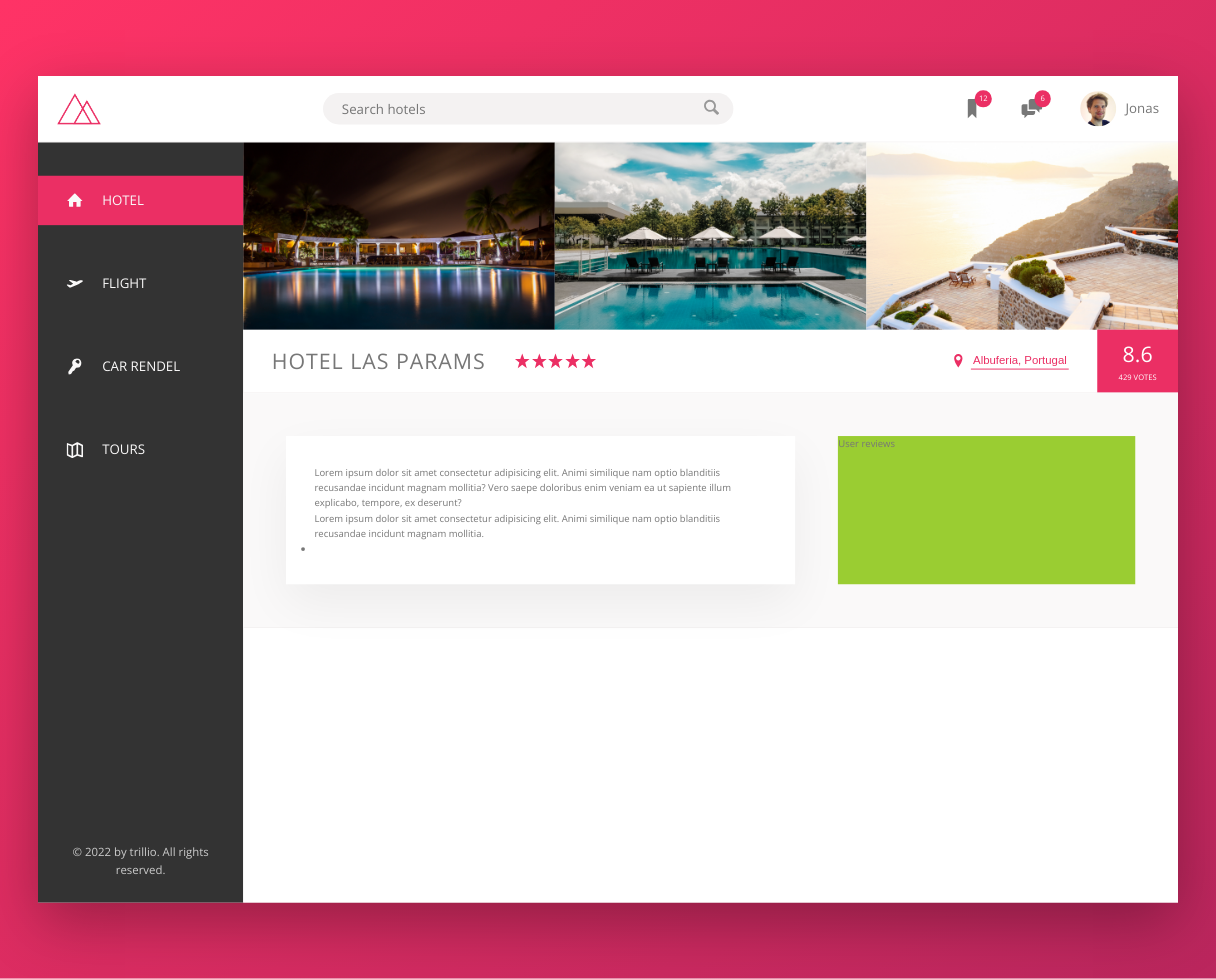
Repository: mohamediyas/flex_website
Page: index.html
These files come from the project's save history. The page is drawn as it stood at one moment and after the next save; the edit follows.
The browser window is 1280 px wide. The pictures show the whole page, at 95% of full size.
The style sheet was rebuilt from its Sass, Less or Tailwind sources for each picture, by a compiler version that may differ from the author's.

Above is the page before, as saved 2022-08-06 13:51:04.

### index.html
<!DOCTYPE html>
<html lang="en">
  <head>
    <meta charset="UTF-8" />
    <meta name="viewport" content="width=device-width, initial-scale=1.0" />
    <meta http-equiv="X-UA-Compatible" content="ie=edge" />

    <link
      href="https://fonts.googleapis.com/css?family=Open+Sans:300,400,600"
      rel="stylesheet"
    />
    <link rel="stylesheet" href="css/style.css" />
    <link rel="shortcut icon" type="image/png" href="img/favicon.png" />

    <title>nexter &mdash; your home, your freedom</title>
  </head>
  <body>
    <div class="container">
      <header class="header">
        <img src="img/logo.png" alt="trilio logo" class="logo" />
        <form action="#" class="search">
          <input
            type="text"
            class="search__input"
            placeholder="Search hotels"
          />
          <button class="search__button">
            <svg class="search__icon">
              <use xlink:href="img/sprite.svg#icon-magnifying-glass"></use>
            </svg>
          </button>
        </form>

        <nav class="user-nav">
          <div class="user-nav__icon-box">
            <svg class="user-nav__icon">
              <use xlink:href="img/sprite.svg#icon-bookmark"></use>
            </svg>
            <span class="user-nav__notification">12</span>
          </div>
          <div class="user-nav__icon-box">
            <svg class="user-nav__icon">
              <use xlink:href="img/sprite.svg#icon-chat"></use>
            </svg>
            <span class="user-nav__notification">6</span>
          </div>
          <div class="user-nav__user">
            <img
              src="img/user.jpg"
              alt="user image"
              class="user-nav__user-photo"
            />
            <span class="user-nav__user-name">Jonas</span>
          </div>
        </nav>
      </header>
      <div class="content">
        <nav class="sidebar">
          <ul class="side-nav">
            <li class="side-nav__item side-nav__item--active">
              <a href="#" class="side-nav__link">
                <svg class="side-nav__icon">
                  <use xlink:href="img/sprite.svg#icon-home"></use>
                </svg>
                <span>Hotel</span>
              </a>
            </li>
            <li class="side-nav__item">
              <a href="#" class="side-nav__link">
                <svg class="side-nav__icon">
                  <use xlink:href="img/sprite.svg#icon-aircraft-take-off"></use>
                </svg>
                <span>Flight</span>
              </a>
            </li>
            <li class="side-nav__item">
              <a href="#" class="side-nav__link">
                <svg class="side-nav__icon">
                  <use xlink:href="img/sprite.svg#icon-key"></use>
                </svg>
                <span>Car Rendel</span>
              </a>
            </li>
            <li class="side-nav__item">
              <a href="#" class="side-nav__link">
                <svg class="side-nav__icon">
                  <use xlink:href="img/sprite.svg#icon-map"></use>
                </svg>
                <span>Tours</span>
              </a>
            </li>
          </ul>
          <div class="legal">&copy; 2022 by trillio. All rights reserved.</div>
        </nav>
        <main class="hotel">
          <div class="gallery">
            <figure class="gallery__item">
              <img
                src="img/hotel-1.jpg"
                aria-label="home photot"
                alt=""
                class="gallery__photo"
              />
            </figure>

            <figure class="gallery__item">
              <img
                src="img/hotel-2.jpg"
                aria-label="home photot"
                alt=""
                class="gallery__photo"
              />
            </figure>

            <figure class="gallery__item">
              <img
                src="img/hotel-3.jpg"
                aria-label="home photot"
                alt=""
                class="gallery__photo"
              />
            </figure>
          </div>
          <div class="overview">
            <h1 class="overview__heading">Hotel las params</h1>
            <div class="overview__stars">
              <svg class="overview__icon-star">
                <use xlink:href="img/sprite.svg#icon-star"></use>
              </svg>
              <svg class="overview__icon-star">
                <use xlink:href="img/sprite.svg#icon-star"></use>
              </svg>
              <svg class="overview__icon-star">
                <use xlink:href="img/sprite.svg#icon-star"></use>
              </svg>
              <svg class="overview__icon-star">
                <use xlink:href="img/sprite.svg#icon-star"></use>
              </svg>
              <svg class="overview__icon-star">
                <use xlink:href="img/sprite.svg#icon-star"></use>
              </svg>
            </div>
            <div class="overview__location">
              <svg class="overview__icon-location">
                <use xlink:href="img/sprite.svg#icon-location-pin"></use>
              </svg>
              <button class="btn-inline">Albuferia, Portugal</button>
            </div>

            <div class="overview__rating">
              <div class="overview__rating-average">8.6</div>

              <div class="overview__rating-count">429 votes</div>
            </div>
          </div>
          <div class="detail">
            <div class="description">
              <p class="paragraph">
                Lorem ipsum dolor sit amet consectetur adipisicing elit. Animi
                similique nam optio blanditiis recusandae incidunt magnam
                mollitia? Vero saepe doloribus enim veniam ea ut sapiente illum
                explicabo, tempore, ex deserunt?
              </p>
              <p class="paragraph">
                Lorem ipsum dolor sit amet consectetur adipisicing elit. Animi
                similique nam optio blanditiis recusandae incidunt magnam
                mollitia.
              </p>
              <ul class="list">
                <li></li>
              </ul>
            </div>
            <div class="user-reviews">User reviews</div>
          </div>
        </main>
      </div>
    </div>
  </body>
</html>

### sass/_base.scss
// COLOR VARIABLES

:root {
  --color-primary: #eb2f64;
  --color-primary-light: #ff3366;
  --color-primary-dark: #ba265d;

  --color-grey-light-1: #faf9f9;
  --color-grey-light-2: #f4f2f2;
  --color-grey-light-3: #f0eeee;
  --color-grey-light-4: #ccc;

  --color-grey-dark-1: #333;
  --color-grey-dark-2: #777;
  --color-grey-dark-3: #999;

  --shadow-dark: 0 2rem 6rem rgba(0, 0, 0, 0.3);
  --shadow-light: 0 2rem 5rem rgba(0, 0, 0, 0.06);

  --line: 1px solid var(--color-grey-light-2);
}

* {
  margin: 0;
  padding: 0;
}

*,
*::after,
*::before {
  box-sizing: inherit;
}

html {
  box-sizing: border-box;
  font-size: 62.5%;
}

body {
  background-image: linear-gradient(
    to right bottom,
    var(--color-primary-light),
    var(--color-primary-dark)
  );
  font-family: "Open Sans", sans-serif;
  font-weight: 400;
  line-height: 1.6;
  background-size: cover;
  background-repeat: no-repeat;
  min-height: 100vh;
  color: var(--color-grey-dark-2);
}

### sass/_components.scss
.logo {
  height: 3.25rem;
  margin-left: 2rem;
}

.search {
  flex: 0 0 40%;

  display: flex;
  justify-content: center;
  align-items: center;

  &__input {
    font-family: inherit;
    font-size: inherit;
    background-color: var(--color-grey-light-2);
    border: none;
    color: inherit;
    padding: 0.7rem 2rem;
    border-radius: 100px;
    width: 90%;
    transition: all 0.2s;
    margin-right: -3.25rem;
    &:focus {
      outline: none;
      width: 100%;
      background-color: var(--color-grey-light-3);
    }
  }

  &::-webkit-input-placeholder {
    font-weight: 100;
    color: var(--color-grey-light-4);
  }

  &__input:focus + &__button {
    background-color: var(--color-grey-light-3);
  }

  &__button {
    border: none;
    background-color: var(--color-grey-light-2);

    &:focus {
      outline: none;
    }

    &:active {
      transform: translateY(2px);
    }
  }

  &__icon {
    height: 2rem;
    width: 2rem;
    fill: var(--color-grey-dark-3);
  }
}

.user-nav {
  align-self: stretch;
  display: flex;
  align-items: center;

  & > * {
    padding: 0 2rem;
    cursor: pointer;
    height: 100%;
    display: flex;
    align-items: center;
  }

  & > *:hover {
    background-color: var(--color-grey-light-2);
  }

  &__icon-box {
    position: relative;
  }

  &__icon {
    height: 2.25rem;
    width: 2.25rem;
    fill: var(--color-grey-dark-2);
  }

  &__notification {
    font-size: 0.8rem;
    height: 1.75rem;
    width: 1.75rem;
    border-radius: 50%;
    background-color: var(--color-primary);
    color: #fff;
    position: absolute;
    top: 1.5rem;
    right: 1.1rem;
    display: flex;
    justify-content: center;
    align-items: center;
  }

  &__user {
  }

  &__user-photo {
    height: 3.75rem;
    border-radius: 50%;
    margin-right: 1rem;
  }

  &__user-name {
  }
}

// side navigation

.side-nav {
  font-size: 1.4rem;
  list-style: none;
  margin-top: 3.5rem;

  &__item {
    position: relative;

    &:not(:last-child) {
      margin-bottom: 3.5rem;
    }
  }

  &__item::before {
    content: "";
    position: absolute;
    top: 0;
    left: 0;
    height: 100%;
    width: 3px;
    background-color: var(--color-primary);
    transform: scaleY(0);
    transition: transform 0.2s, width 0.4s cubic-bezier(1, 0, 0, 1) 0.2s;
  }

  &__item:hover:before,
  &__item--active::before {
    transform: scaleY(1);
    width: 100%;
  }

  &__item:active:before {
    background-color: var(--color-primary-light);
  }

  &__link:link,
  &__link:visited {
    color: var(--color-grey-light-1);
    text-decoration: none;
    text-transform: uppercase;
    display: block;
    padding: 1.5rem 3rem;
    z-index: 10;
    position: relative;
    display: flex;
    align-items: center;
  }

  &__link:hover {
    color: white;
  }

  &__icon {
    width: 1.75rem;
    height: 1.75rem;
    margin-right: 2rem;
    fill: currentColor;
  }
}

.legal {
  font-size: 1.2rem;
  text-align: center;
  color: var(--color-grey-light-4);
  padding: 2.5rem;
}

.gallery {
  display: flex;

  &__photo {
    width: 100%;
    display: block;
  }
}

.overview {
  display: flex;
  border-bottom: 1px solid var(--color-grey-light-2);
  align-items: center;

  &__heading {
    font-size: 2.25rem;
    font-weight: 300;
    text-transform: uppercase;
    letter-spacing: 1px;
    padding: 1.5rem 3rem;
  }
  &__stars {
    // flex: 1;
    margin-right: auto;
    display: flex;
  }
  &__icon-star,
  &__icon-location {
    width: 1.75rem;
    height: 1.75rem;
    fill: var(--color-primary);
  }
  &__location {
    font-size: 1.2rem;
    display: flex;
    align-items: center;
  }

  &__icon-location {
    margin-right: 0.5rem;
  }

  &__rating {
    background-color: var(--color-primary);
    margin-left: 3rem;
    color: #fff;
    align-self: stretch;
    padding: 0 2.25rem;

    display: flex;
    flex-direction: column;
    align-items: center;
    justify-content: center;
  }
  &__rating-average {
    font-size: 2.25rem;
    font-weight: 300;
  }
  &__rating-count {
    font-size: 0.8rem;
    text-transform: uppercase;
  }
}

### sass/_layout.scss
.container {
  max-width: 120rem;
  margin: 8rem auto;
  background-color: var(--color-grey-light-2);
  box-shadow: var(--shadow-dark);
  min-height: 50rem;
}

.header {
  font-size: 1.4rem;
  height: 7rem;
  background-color: #fff;
  border-bottom: 1px solid var(--color-grey-light-2);
  display: flex;
  justify-content: space-between;
  align-items: center;
}

.content {
  display: flex;
}

.sidebar {
  background-color: var(--color-grey-dark-1);
  flex: 0 0 18%;
  display: flex;
  flex-direction: column;
  justify-content: space-between;
}

.hotel {
  background-color: #fff;
  height: 80rem;
  flex: 1;
}

.detail {
  display: flex;
  padding: 4.5rem;
  background-color: var(--color-grey-light-1);
  border-bottom: var(--line);
}

.description {
  background-color: #fff;
  flex: 0 0 60%;
  margin-right: 4.5rem;
  box-shadow: var(--shadow-light);
  padding: 3rem;
}

.user-reviews {
  background-color: yellowgreen;
  flex: 1;
}

.btn-inline {
  border: none;
  color: var(--color-primary);
  font-size: inherit;
  border-bottom: 1px solid currentColor;
  padding: 2px;
  display: inline-block;
  background-color: transparent;
  cursor: pointer;

  &:hover {
    color: var(--color-grey-dark-1);
  }

  &:focus {
    outline: none;
    animation: pulsate 1s infinite;
  }
}

@keyframes pulsate {
  0% {
    transform: scale(1);
    box-shadow: none;
  }
  50% {
    transform: scale(1.05);
    box-shadow: 0 1rem 4rem rgba(0, 0, 0, 0.25);
  }
  100% {
    transform: scale(1);
    box-shadow: none;
  }
}

Loaded but not shown: sass/main.scss (common file)

After the next save:
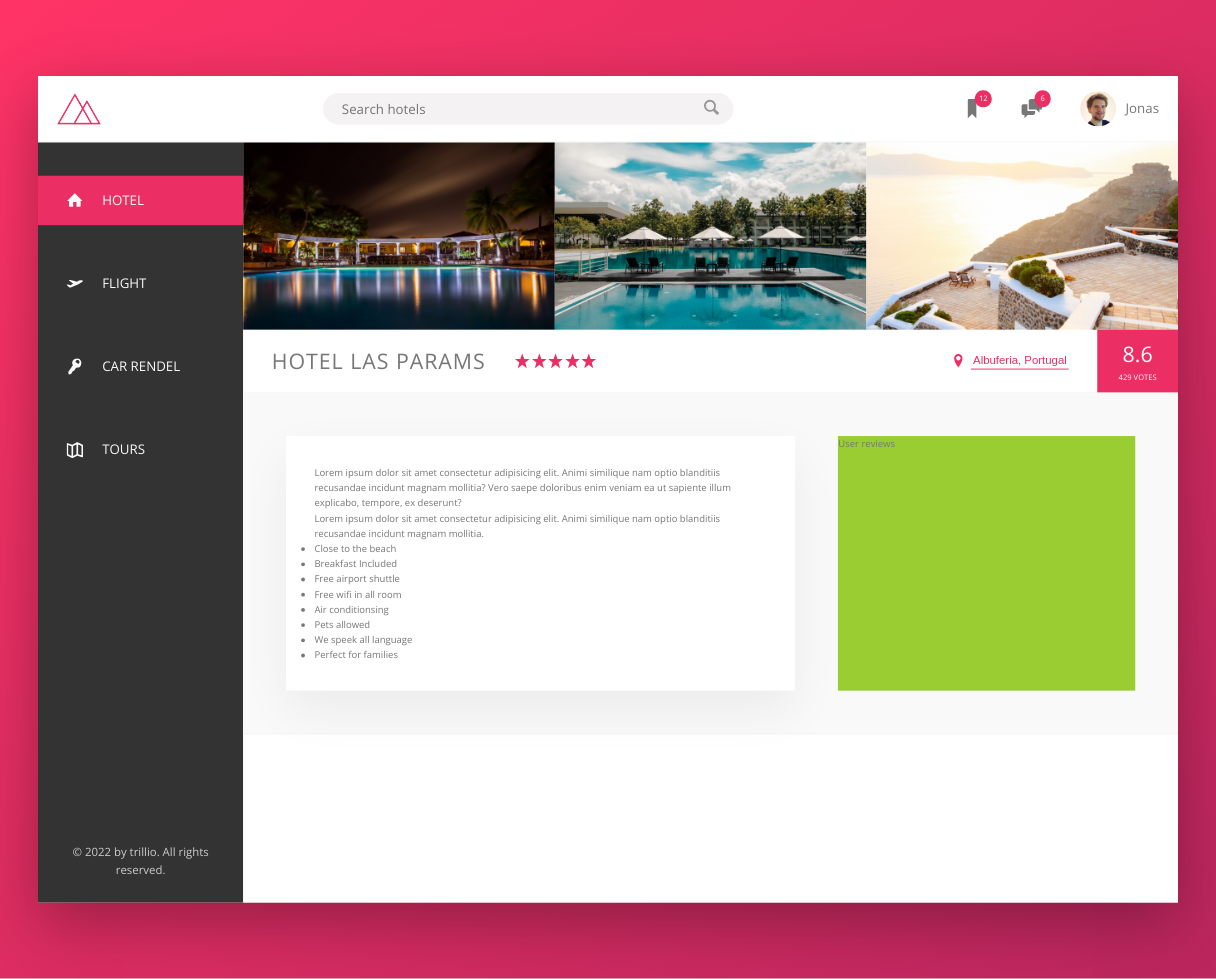
Saved 6 min 35 s later.
--- a/index.html
+++ b/index.html
@@ -167,7 +167,14 @@
                 mollitia.
               </p>
               <ul class="list">
-                <li></li>
+                <li class="list__item">Close to the beach</li>
+                <li class="list__item">Breakfast Included</li>
+                <li class="list__item">Free airport shuttle</li>
+                <li class="list__item">Free wifi in all room</li>
+                <li class="list__item">Air conditionsing</li>
+                <li class="list__item">Pets allowed</li>
+                <li class="list__item">We speek all language</li>
+                <li class="list__item">Perfect for families</li>
               </ul>
             </div>
             <div class="user-reviews">User reviews</div>
